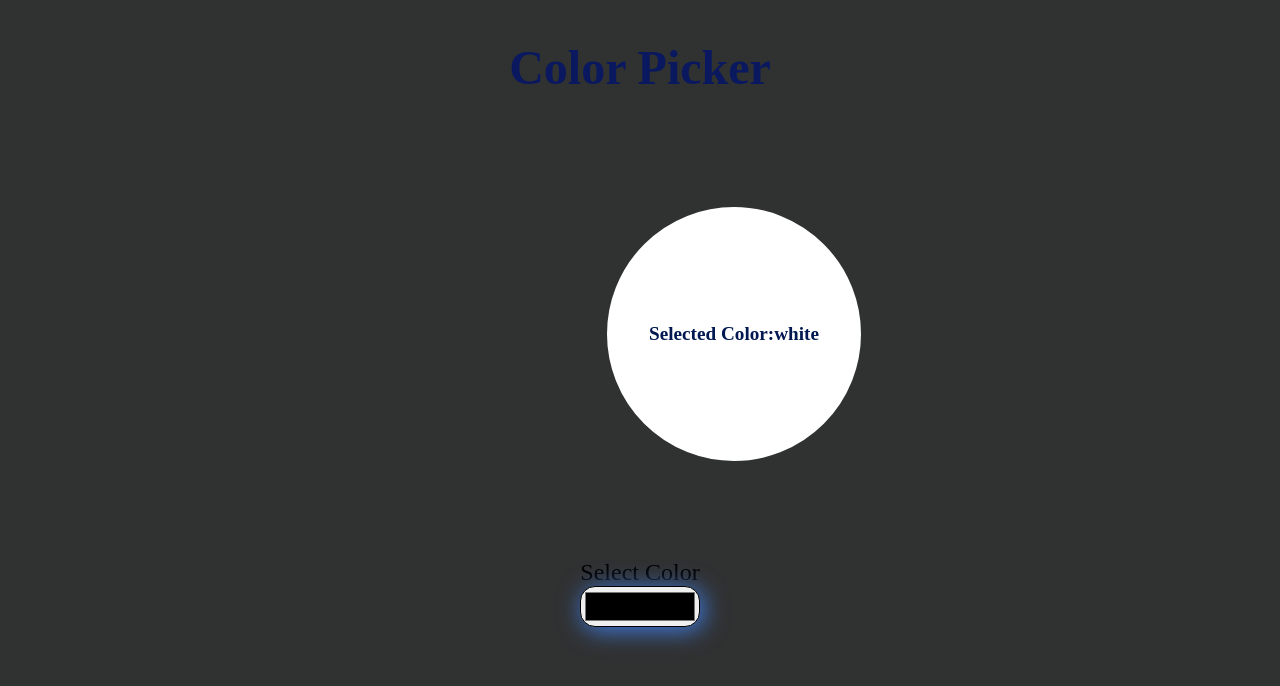
Repository: rkrukshan/Color-Picker--React-
Page: /
The author's editor kept a copy of each file at every save. The page is drawn from the files as they stood at one save, then again after a run of saves.
The browser window is 1280 px wide. The pictures show the whole page.
The project was rebuilt for these pictures with package versions that can differ from the ones it lists, and the page was loaded fresh each time. Also part of the build but not shown: vite.config.js.

Above is the page before, as saved 2024-07-21 18:57:05.

### src/App.jsx
import ColorPicker from "./ColorPicker"

function App() {

  return (
    <>
    <ColorPicker/>
    </>
  )

}

export default App

### src/index.css
body{
  background-color:rgb(48, 49, 49);
}
.cp-container {
  text-align: center;
  display: grid;
  align-items:center;
  justify-content: center;
  margin-right: ;

}
.heading {
  color: rgb(10, 25, 95);
  font-size: 3em;
}
.color-pad {
  margin-top: 5em;
  margin-left: 11.75em;
  margin-bottom: 5em;
  height: 250px;
  width: 250px;
  display: flex;
  justify-content: center;
  border:2px solid rgb(255, 255, 255);
  border-radius: 50%;
  align-items: center;
  transition: .25s;
}
.selectedlabel
{
  font-size: larger;
  font-weight: bolder;
  color:rgb(1, 24, 81);
}
.selectlabel{
font-size: 1.5em;
}
.colorpicker{
  width: 9em;
  height: 41px;
  border-radius:15px;
  box-shadow: 3px 3px 25px rgb(65, 127, 234);
  transition: 11s;
}

### src/ColorPicker.jsx
import { useState } from "react";

function ColorPicker() {
  const [color, setColor] = useState("white");

  function updateColor(event) {
    setColor(event.target.value);
  }
  return (
    <div className="cp-container">
      <h1 className="heading">Color Picker</h1>
      <div className="color-pad" style={{ backgroundColor: color }}>
        <label htmlFor="cp" className="selectedlabel">
          Selected Color:{color}
        </label>
      </div>
      <br />
      <div className="btncp">
        <label htmlFor="scp" className="selectlabel">
          Select Color
        </label>
        <br />
        <input
          type="color"
          value={color}
          onChange={updateColor}
          className="colorpicker"
        />
      </div>
    </div>
  );
}
export default ColorPicker;

Loaded but not shown: index.html (common file); src/main.jsx (common file)

After the next 3 saves:
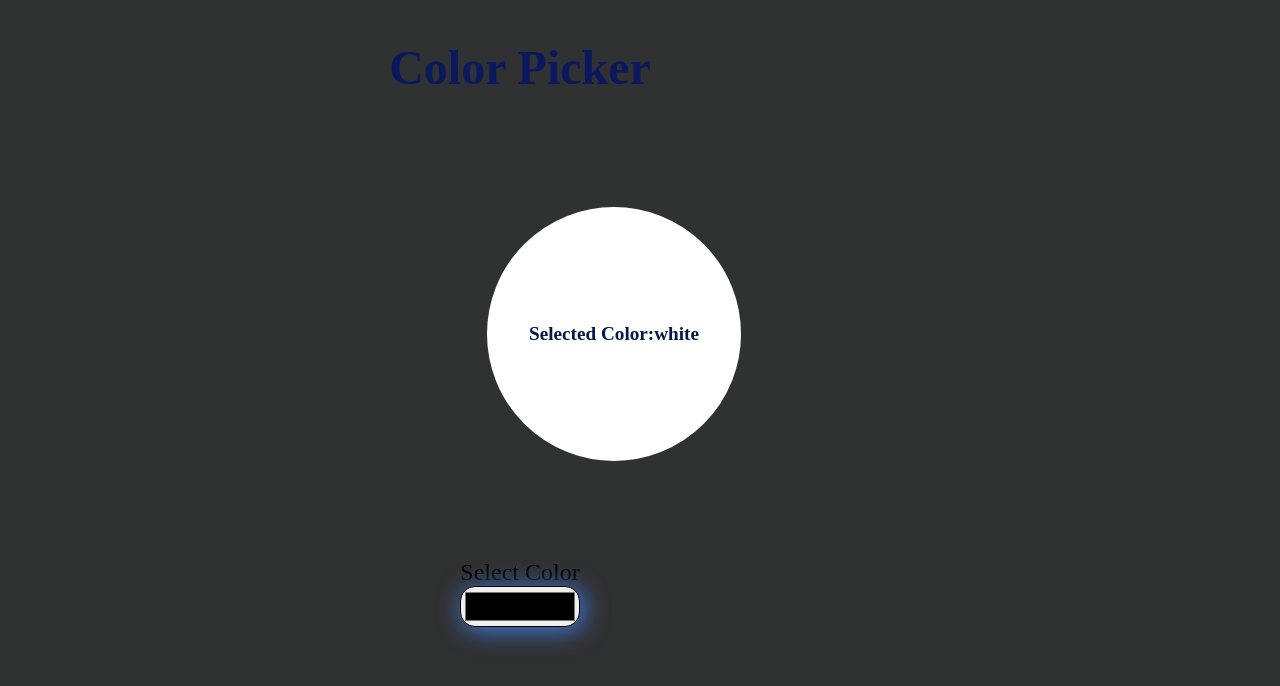
The 3 saves are shown as one change because they came seconds apart.
The last was saved 7 s later.
--- a/src/index.css
+++ b/src/index.css
@@ -6,7 +6,7 @@
   display: grid;
   align-items:center;
   justify-content: center;
-  margin-right: ;
+  margin-right: 15em;
 
 }
 .heading {
